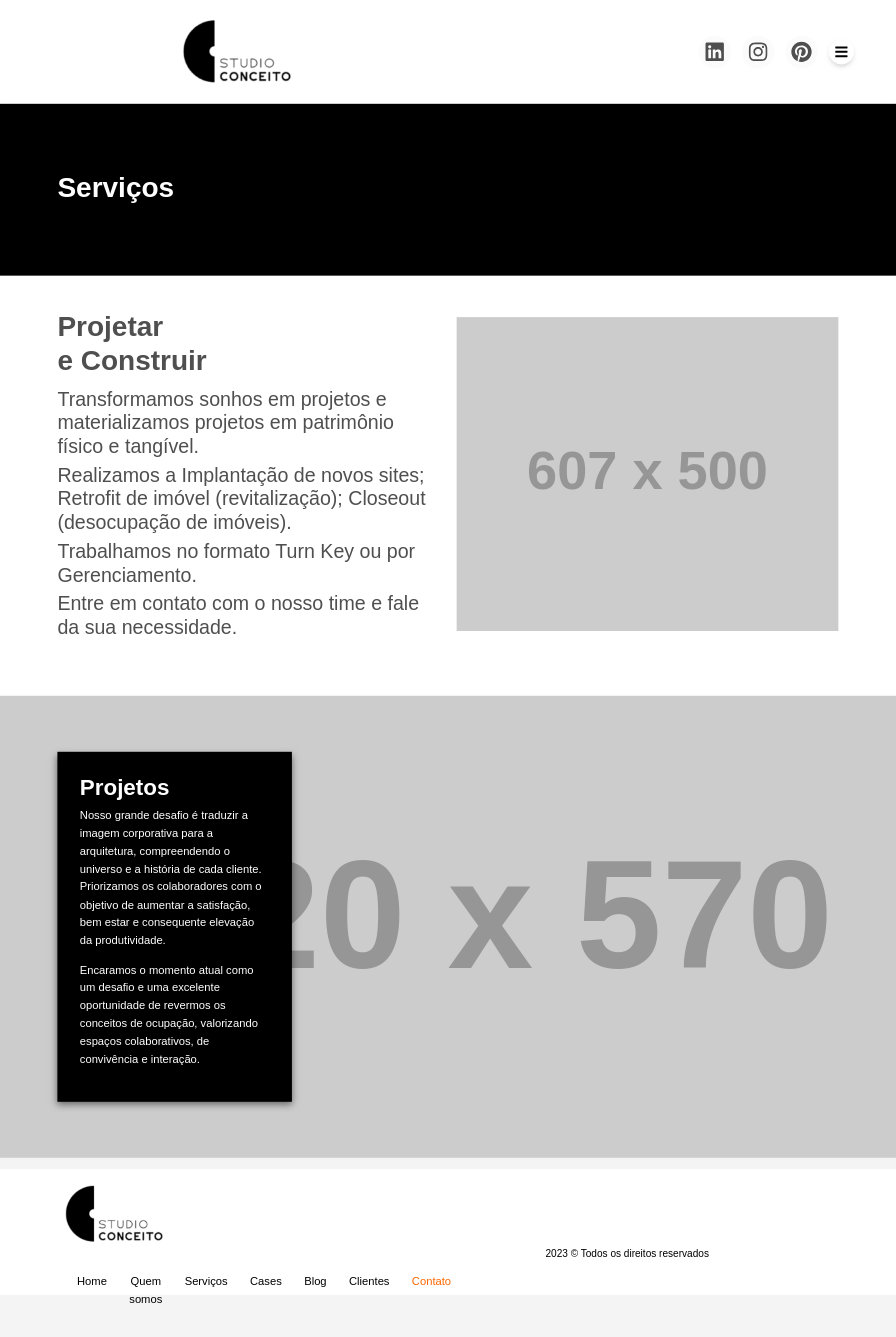
Repository: Upstairs-Agencia/studio-conceito-react
Page: /servicos
These files come from the project's save history. The page is drawn as it stood at one moment and after the next save; the edit follows.
The browser window is 1280 px wide. The pictures show the whole page, at 70% of full size.
The project was rebuilt for these pictures with package versions that can differ from the ones it lists, and the page was loaded fresh each time. Also part of the build but not shown: src/pages/Home.js, src/pages/QuemSomos.js, src/pages/Cases.js, src/pages/Blog.js, src/pages/Clientes.js, src/pages/Contato.js.

Above is the page before, as saved 2024-12-28 03:26:59.

### public/index.html
<!DOCTYPE html>
<html lang="en">
  <head>
    <meta charset="utf-8" />
    <link rel="icon" href="%PUBLIC_URL%/favicon.ico" />
    <meta name="viewport" content="width=device-width, initial-scale=1" />
    <meta name="theme-color" content="#000000" />
    <meta
      name="description"
      content="Web site created using create-react-app"
    />
    <link rel="apple-touch-icon" href="%PUBLIC_URL%/logo192.png" />
    <!--
      manifest.json provides metadata used when your web app is installed on a
      user's mobile device or desktop. See https://developers.google.com/web/fundamentals/web-app-manifest/
    -->
    <link rel="manifest" href="%PUBLIC_URL%/manifest.json" />
    <!--
      Notice the use of %PUBLIC_URL% in the tags above.
      It will be replaced with the URL of the `public` folder during the build.
      Only files inside the `public` folder can be referenced from the HTML.

      Unlike "/favicon.ico" or "favicon.ico", "%PUBLIC_URL%/favicon.ico" will
      work correctly both with client-side routing and a non-root public URL.
      Learn how to configure a non-root public URL by running `npm run build`.
    -->
    <title>Studio Conceito</title>
  </head>
  <body>
    <noscript>You need to enable JavaScript to run this app.</noscript>
    <div id="root"></div>
    <!--
      This HTML file is a template.
      If you open it directly in the browser, you will see an empty page.

      You can add webfonts, meta tags, or analytics to this file.
      The build step will place the bundled scripts into the <body> tag.

      To begin the development, run `npm start` or `yarn start`.
      To create a production bundle, use `npm run build` or `yarn build`.
    -->
  </body>
</html>

### src/index.js

import React from 'react';
import ReactDOM from 'react-dom';
import App from './App';
import 'mdb-react-ui-kit/dist/css/mdb.min.css'; // MDB styles
import './index.css'; // Global styles

ReactDOM.render(
  <React.StrictMode>
    <App />
  </React.StrictMode>,
  document.getElementById('root')
);

### src/App.js

import React from 'react';
import { BrowserRouter as Router, Routes, Route } from 'react-router-dom';
import Home from './pages/Home';
import QuemSomos from './pages/QuemSomos';
import Servicos from './pages/Servicos';
import Cases from './pages/Cases';
import Blog from './pages/Blog';
import Clientes from './pages/Clientes';
import Contato from './pages/Contato';

function App() {
  return (
    <Router>
      <Routes>
        <Route path="/" element={<Home />} />
        <Route path="/quem-somos" element={<QuemSomos />} />
        <Route path="/servicos" element={<Servicos />} />
        <Route path="/cases" element={<Cases />} />
        <Route path="/blog" element={<Blog />} />
        <Route path="/clientes" element={<Clientes />} />
        <Route path="/contato" element={<Contato />} />
      </Routes>
    </Router>
  );
}

export default App;

### src/index.css

body {
  margin: 0;
  font-family: Arial, sans-serif;
  background-color: #f4f4f4;
}

### src/pages/Servicos.js
import React from 'react';
import { MDBContainer, MDBRow, MDBCol } from 'mdb-react-ui-kit';
import Navbar from '../components/navbar';
import Footer from '../components/footer';

const placeholderImage1 = 'https://placehold.co/607x500'; // Imagem ao lado do texto
const placeholderImage2 = 'https://placehold.co/1920x570'; // Imagem de fundo

const Servicos = () => {
  return (
    <div>
      <Navbar />

      {/* Seção de cabeçalho do Blog */}
        <section className="bg-black text-white py-5">
            <MDBContainer>
            <MDBRow
            className="align-items-center"
            style={{ height: '150px'}}>
                <MDBCol md="6">
                <h1 className="fw-bold">Serviços</h1>
                </MDBCol>
            </MDBRow>
            </MDBContainer>
        </section>

      {/* Sessão Projetar e Construir */}
      <section className="py-5 bg-white">
        <MDBContainer>
          <MDBRow className="align-items-center">
            <MDBCol md="6" className="mb-4">
              <h1 className="fw-bold mb-3">Projetar<br />e Construir</h1>
              <h3>
                Transformamos sonhos em projetos e materializamos projetos em patrimônio físico e tangível.
              </h3>
              <h3>
                Realizamos a Implantação de novos sites; Retrofit de imóvel (revitalização); Closeout (desocupação de imóveis).
              </h3>
              <h3>
                Trabalhamos no formato Turn Key ou por Gerenciamento.
              </h3>
              <h3>
                Entre em contato com o nosso time e fale da sua necessidade.
              </h3>
            </MDBCol>
            <MDBCol md="6">
              <img
                src={placeholderImage1}
                alt="Projetar e Construir"
                style={{ width: '100%', height: 'auto', marginBottom: '2rem' }}
              />
            </MDBCol>
          </MDBRow>
        </MDBContainer>
      </section>

      {/* Sessão Projetos */}
      <section
        style={{
          backgroundImage: `url(${placeholderImage2})`,
          backgroundSize: 'cover',
          backgroundPosition: 'center',
          padding: '5rem 0',
        }}
      >
        <MDBContainer>
          {/* Retângulo com texto */}
          <div
            style={{
              backgroundColor: "black",
              color: "white",
              padding: "2rem",
              width: "30%",
              bottom: "4rem", // Faz o retângulo subir sobre a imagem de fundo
              left: "2rem", // Margem à esquerda
              height: "auto", // Aumenta a altura com base no conteúdo
              boxShadow: "0px 4px 10px rgba(0, 0, 0, 0.5)", // Para criar um efeito de profundidade
            }}
          >
            <h2 className="fw-bold">Projetos</h2>
            <p>
              Nosso grande desafio é traduzir a imagem corporativa para a arquitetura, compreendendo o universo e a história de cada cliente. Priorizamos os colaboradores com o objetivo de aumentar a satisfação, bem estar e consequente elevação da produtividade.
            </p>
            <p>
              Encaramos o momento atual como um desafio e uma excelente oportunidade de revermos os conceitos de ocupação, valorizando espaços colaborativos, de convivência e interação.
            </p>
          </div>
        </MDBContainer>
      </section>

      <Footer />
    </div>
  );
};

export default Servicos;

### src/components/navbar.js
import React, { useState } from "react";

import Logo from "../images/logoBlack.png";

import {
  MDBNavbar,
  MDBNavbarBrand,
  MDBContainer,
} from "mdb-react-ui-kit";
import { FaLinkedin, FaInstagram, FaPinterest, FaBars } from "react-icons/fa";
import { IoIosClose } from "react-icons/io";
import { Link } from "react-router-dom";

import SeloGptw from "../images/selo-gptw.png";

const Navbar = () => {
  const [showMenu, setShowMenu] = useState(false);

  return (
    <>
      {/* Navbar */}
      <MDBNavbar dark bgColor="white" className="py-4 px-5">
        <MDBContainer fluid className="d-flex justify-content-between align-items-center">
          {/* Logo */}
          <MDBNavbarBrand href="#" className="ms-5">
            <img
              src={Logo}
              alt="Logo"
              style={{ maxHeight: "90px", marginLeft: "12vw"}}
            />
          </MDBNavbarBrand>

          {/* Social Icons and Menu Toggle */}
          <div className="d-flex align-items-center">
            {/* Social Icons */}
            <div className="d-flex gap-3 me-3">
              <button className="btn btn-light rounded-circle p-2">
                <FaLinkedin size={30} />
              </button>
              <button className="btn btn-light rounded-circle p-2">
                <FaInstagram size={30} />
              </button>
              <button className="btn btn-light rounded-circle p-2">
                <FaPinterest size={30} />
              </button>
            </div>

            {/* FaBars Icon for Sidebar */}
            <button
              className="btn rounded-circle p-2"
              style={{
                background: "none",
                border: "none",
                cursor: "pointer",
              }}
              onClick={() => setShowMenu(!showMenu)}
            >
              <FaBars size={20} color="black" />
            </button>
          </div>
        </MDBContainer>
      </MDBNavbar>

      {/* Sidebar Menu */}
      {showMenu && (
        <div
          className="position-fixed top-0 end-0 bg-white vh-100 vw-350 shadow-lg d-flex flex-column"
          style={{ zIndex: 1050, width: "500px" }}
        >
          <div className="d-flex justify-content-end p-3">
            {/* Close Button */}
            <button
              className="p-0"
              style={{
                background: "none",
                border: "none",
                cursor: "pointer",
              }}
              onClick={() => setShowMenu(false)}
            >
              <IoIosClose size={40} />
            </button>
          </div>





          <div className="p-4 flex-grow-1">
            {/* Menu Items */}
            <ul className="list-unstyled">
              {[
                { label: "Home", link: "/" },
                { label: "Quem somos", link: "/quem-somos" },
                { label: "Serviços", link: "/servicos" },
                { label: "Cases", link: "/cases" },
                { label: "Blog", link: "/blog" },
                { label: "Clientes", link: "/clientes" },
                { label: "Contato", link: "/contato" },
              ].map((item, index) => (
                <li key={index} className="py-2">
                  <Link
                    to={item.link}
                    className="text-decoration-none fs-6"
                    style={{
                      transition: "all 0.3s ease-in-out", // Transição suave
                      color:"black"
                    }}
                    onMouseOver={(e) => {
                      e.currentTarget.style.color = "#FF7F30"; // Altera a cor
                      e.currentTarget.style.fontWeight = "bold"; // Negrito
                    }}
                    onMouseOut={(e) => {
                      e.currentTarget.style.color = "black"; // Retorna à cor original
                      e.currentTarget.style.fontWeight = "normal"; // Retira o negrito
                    }}
                  >
                    {item.label}
                  </Link>
                </li>
              ))}
            </ul>
          </div>



          {/* Footer Section */}
          <div className="d-flex justify-content-between align-items-center px-4 pb-4">
            {/* Social Icons */}
            <div className="d-flex gap-3">
              <button className="btn btn-dark rounded-circle p-2">
                <FaLinkedin size={20} color="white" />
              </button>
              <button className="btn btn-dark rounded-circle p-2">
                <FaInstagram size={20} color="white" />
              </button>
              <button className="btn btn-dark rounded-circle p-2">
                <FaPinterest size={20} color="white" />
              </button>
            </div>

            {/* Placeholder Image */}
            <img
              src={SeloGptw}
              alt="Great Place to Work"
              style={{ maxHeight: "200px", marginBottom: "4rem" }}
            />
          </div>
        </div>
      )}
    </>
  );
};

export default Navbar;

### src/components/footer.js
import React from "react";
import { MDBFooter, MDBContainer, MDBRow, MDBCol } from "mdb-react-ui-kit";
import Logo from "../images/logoBlack.png";
import "../styles/footer.css";

const Footer = () => {
  return (
    <MDBFooter className="footer-container text-center text-white">
      <MDBContainer className="p-4 footer-content">

        <MDBRow className="content-signature">
            {/* Logo e Nome */}
            <MDBCol md="4" className="mb-4 footer-left">
                <img
                    src={Logo}
                    alt="Studio Conceito Logo"
                    className="footer-logo"
                />

                {/* Navegação */}
                <MDBCol md="4" className="mb-3 footer-center">
                    <nav className="footer-nav">
                        <a href="/">Home</a>
                        <a href="/quem-somos"> Quem somos </a>
                        <a href="/servicos">Serviços</a>
                        <a href="/cases">Cases</a>
                        <a href="/blog">Blog</a>
                        <a href="/clientes">Clientes</a>
                        <a href="/contato" className="footerHighlight">
                            Contato
                        </a>
                    </nav>
                </MDBCol>

            </MDBCol>

            {/* Direitos Reservados */}
            <MDBCol md="4" className="mb-4 footer-right">
                <p className="mb-0">2023 &copy; Todos os direitos reservados</p>
            </MDBCol>

        </MDBRow>



      </MDBContainer>
    </MDBFooter>
  );
};

export default Footer;

### src/styles/footer.css
.footer-container {
    background-color: white;
    height: 25vh !important; /* Ocupa 30% da altura da tela */
    display: flex;
    justify-content: center;
    align-items: center;
    color: black;
    font-family: Arial, sans-serif;
    margin: 1rem 0;
  }

  .footer-content {
    height: 100%; /* Garante que o conteúdo ocupe toda a altura do footer */
  }

  .content-signature{
    display: flex;
    flex-direction: row;
  }

  .footer-left {
    display: flex;
    flex-direction: column;
  }

  .footer-logo {
    max-width: 40%; /* Aumenta a imagem para 40% de seu tamanho */
    margin-bottom: 10px;
  }


  .footer-center {
    text-align: center;
    margin: 2rem 0;
  }

  .footer-nav{
    display: flex;
    flex-direction: row;
    justify-content: space-around;
    width:35vw;

  }

  .footerHighlight {
    color: #ff6600 !important;
  }

  .footer-nav a {
    margin: 1px 1rem;
    text-decoration: none;
    color: #000;
    font-size: 1rem;
    transition: color 0.3s ease;
  }

  .footer-nav a:hover {
    color: #ff6600;
  }



  .footer-right {
    text-align: center;
    display: flex;
    justify-content: center;
    align-items: center;
    margin-left: 20vw;
    font-size: 0.9rem;
    color: #000;
  }

After the next save:
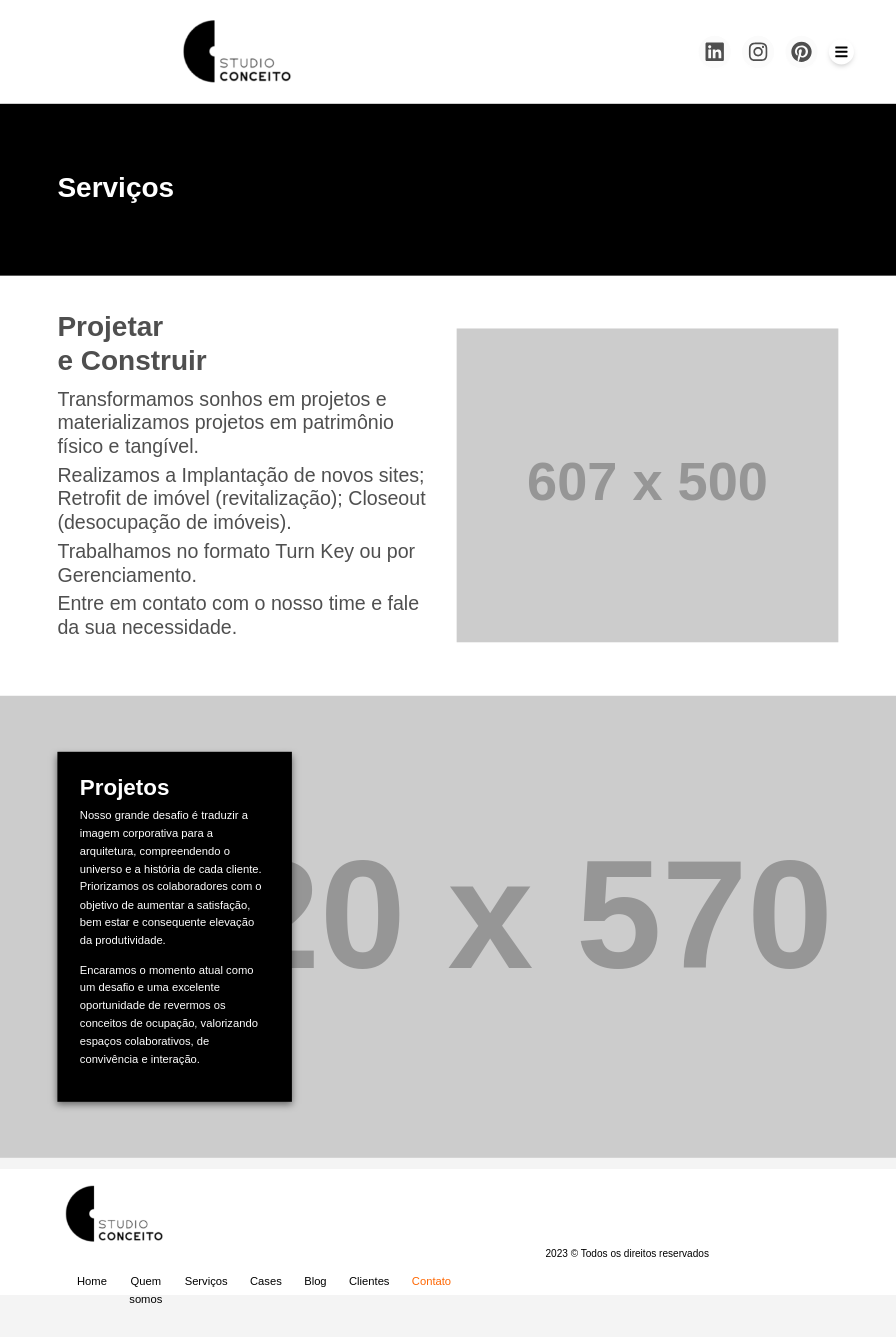
Saved 30 s later.
--- a/src/pages/Servicos.js
+++ b/src/pages/Servicos.js
@@ -47,7 +47,7 @@ const Servicos = () => {
               <img
                 src={placeholderImage1}
                 alt="Projetar e Construir"
-                style={{ width: '100%', height: 'auto', marginBottom: '2rem' }}
+                style={{ width: '100%', height: 'auto' }}
               />
             </MDBCol>
           </MDBRow>
